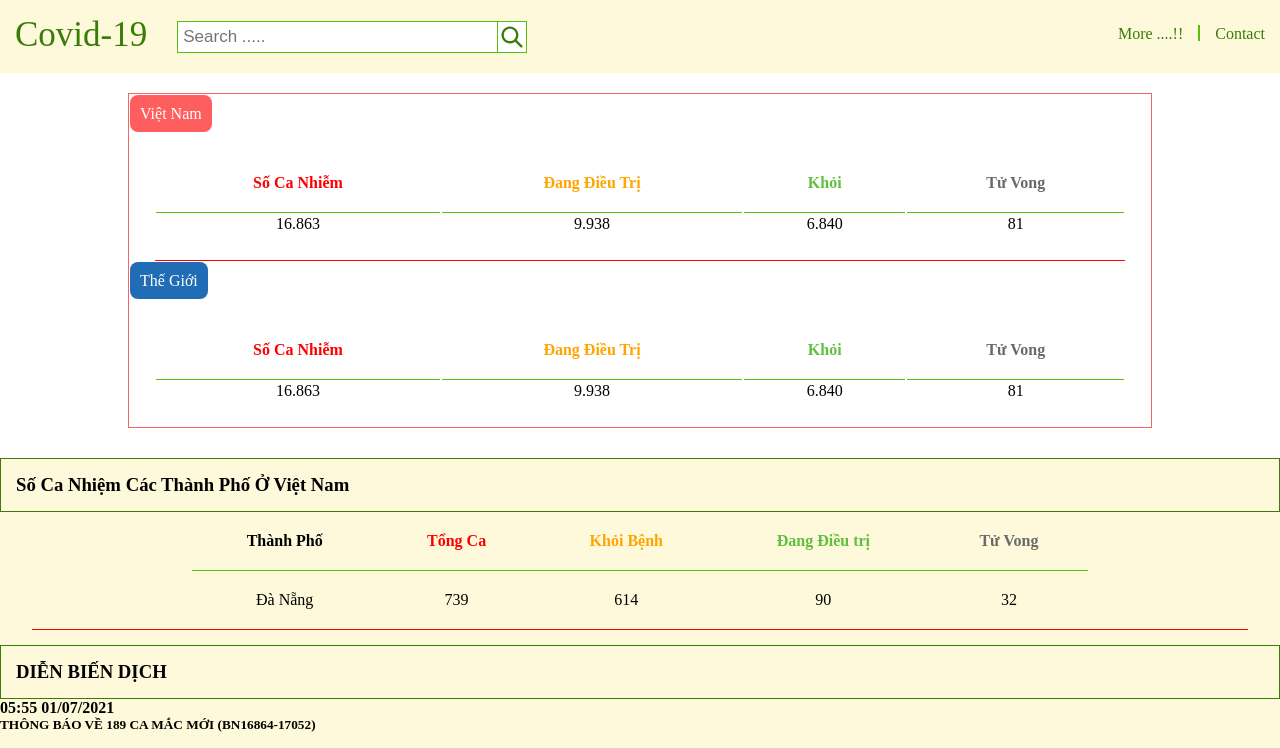
Repository: thuongton98/Covid
Page: html-css-js/index.html
The author's editor kept a copy of each file at every save. The page is drawn from the files as they stood at one save, then again after the next save.
The browser window is 1280 px wide. The pictures show the whole page.

Above is the page before, as saved 2021-07-01 10:22:00.

After the next save:
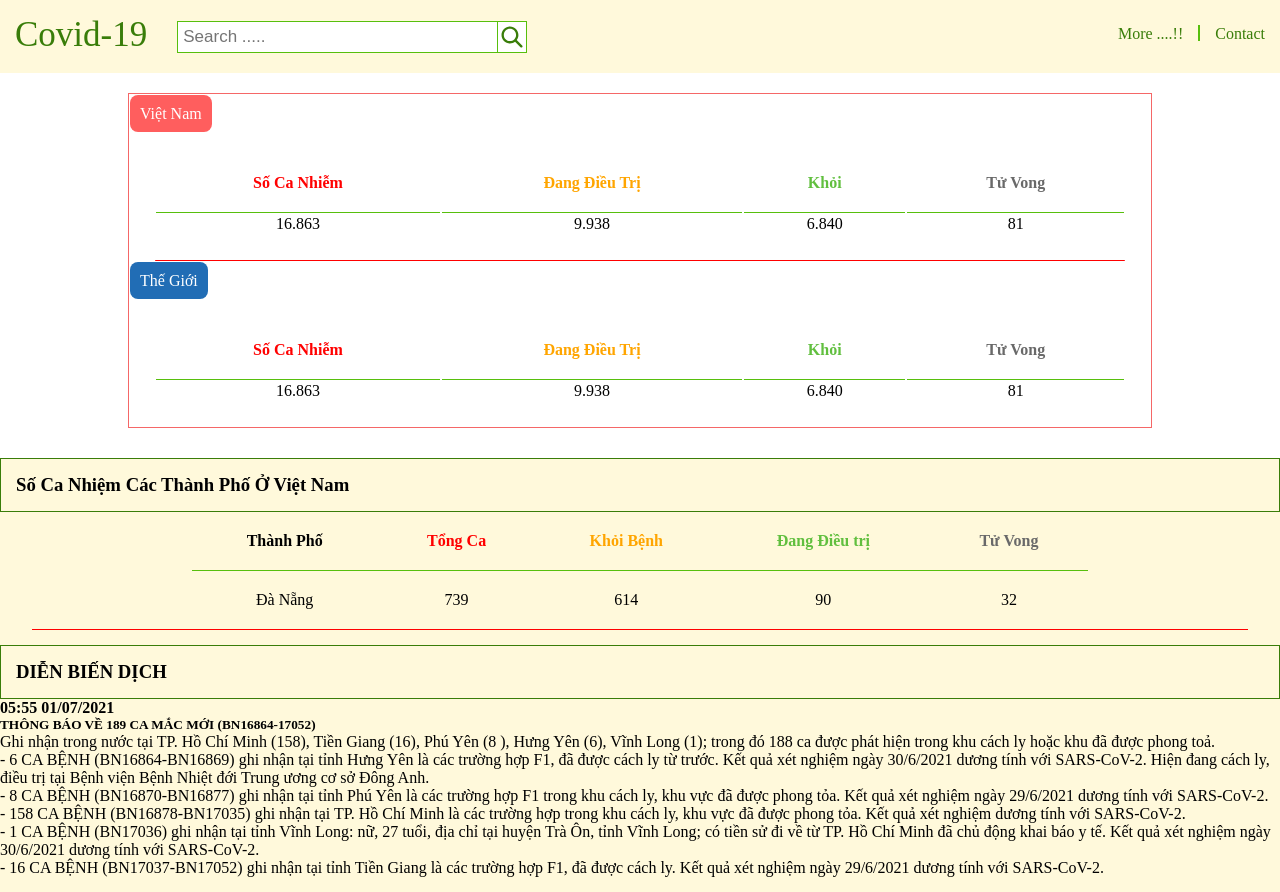
Saved 102 s later.
--- a/html-css-js/index.html
+++ b/html-css-js/index.html
@@ -88,6 +88,12 @@
         <div>
             <h4>05:55 01/07/2021</h4>
             <h5>THÔNG BÁO VỀ 189 CA MẮC MỚI  (BN16864-17052)</h5>
+            <p>Ghi nhận trong nước tại TP. Hồ Chí Minh (158), Tiền Giang (16), Phú Yên (8 ), Hưng Yên (6), Vĩnh Long (1); trong đó 188 ca được phát hiện trong khu cách ly hoặc khu đã được phong toả.</p>
+            <p>- 6 CA BỆNH (BN16864-BN16869) ghi nhận tại tỉnh Hưng Yên là các trường hợp F1, đã được cách ly từ trước. Kết quả xét nghiệm ngày 30/6/2021 dương tính với SARS-CoV-2. Hiện đang cách ly, điều trị tại Bệnh viện Bệnh Nhiệt đới Trung ương cơ sở Đông Anh.</p>
+            <p>- 8 CA BỆNH (BN16870-BN16877) ghi nhận tại tỉnh Phú Yên là các trường hợp F1 trong khu cách ly, khu vực đã được phong tỏa. Kết quả xét nghiệm ngày 29/6/2021 dương tính với SARS-CoV-2.</p>
+            <p>- 158 CA BỆNH (BN16878-BN17035) ghi nhận tại TP. Hồ Chí Minh là các trường hợp trong khu cách ly, khu vực đã được phong tỏa. Kết quả xét nghiệm dương tính với SARS-CoV-2.            </p>
+            <p>- 1 CA BỆNH (BN17036) ghi nhận tại tỉnh Vĩnh Long: nữ, 27 tuổi, địa chỉ tại huyện Trà Ôn, tỉnh Vĩnh Long; có tiền sử đi về từ TP. Hồ Chí Minh đã chủ động khai báo y tế. Kết quả xét nghiệm ngày 30/6/2021 dương tính với SARS-CoV-2.</p>
+            <p>- 16 CA BỆNH (BN17037-BN17052) ghi nhận tại tỉnh Tiền Giang là các trường hợp F1, đã được cách ly. Kết quả xét nghiệm ngày 29/6/2021 dương tính với SARS-CoV-2.</p>
         </div>
     </section>
 </body>
